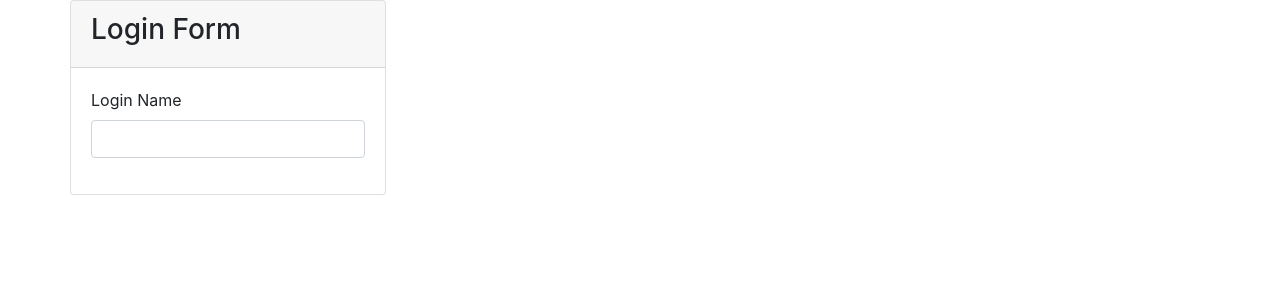
Repository: pyaephyotint22/Maven-Student-Course
Page: http://localhost/02-helloo-servlet/
These files come from the project's save history. The page is drawn as it stood at one moment and after the next save; the edit follows.
The browser window is 1280 px wide. The pictures show the whole page.
The page is served by Tomcat 9. Other server files are loaded and not shown.

Above is the page before, as saved 2020-12-15 05:39:51.

### 02-helloo-servlet/src/main/webapp/index.jsp
<%@page import="java.time.LocalDate"%>
<%@ page language="java" contentType="text/html; charset=ISO-8859-1"
    pageEncoding="ISO-8859-1"%>
<!DOCTYPE html>
<html>
<head>
<meta charset="ISO-8859-1">
<title>Login</title>
<link href="./common/css/bootstrap.min.css" rel="stylesheet" type="text/css"/>
<script type="text/javascript" src="./common/js/jquery.min.js"></script>
<script type="text/javascript" src="./common/js/bootstrap.min.js"></script>
</head>
<body>
<div class="container">
	<div class="row">
	   <div class="card">
	        <div class="card-header">
	           <h3>Login Form</h3>
	       </div>
		<div class="card-body">
			<form action="login" class="form">
				<div class="form-group">
				<label for="">Login Name</label>
				<input type="text" name="uname" class="form-control"/>
				</div>
			</form>
		</div>
	</div>
	</div>
</div>
</body>
</html>

Loaded but not shown: 02-helloo-servlet/src/main/webapp/common/css/bootstrap.min.css (library); 02-helloo-servlet/src/main/webapp/common/js/jquery.min.js (library); 02-helloo-servlet/src/main/webapp/common/js/bootstrap.min.js (library)

After the next save:
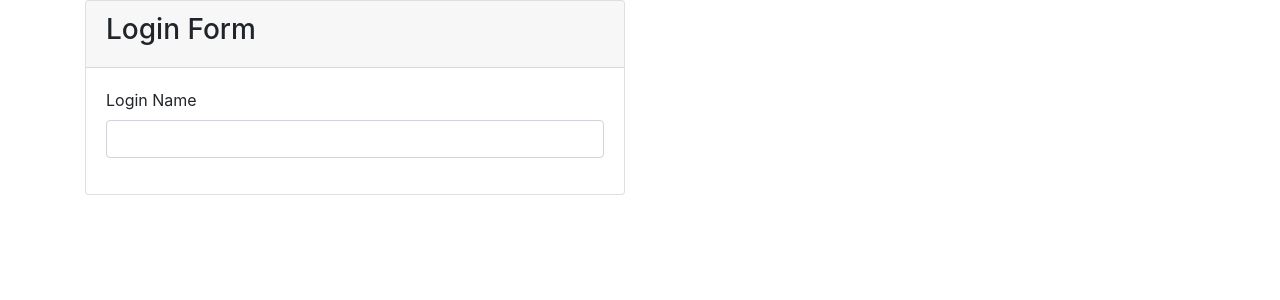
Saved 2 min 41 s later.
--- a/02-helloo-servlet/src/main/webapp/index.jsp
+++ b/02-helloo-servlet/src/main/webapp/index.jsp
@@ -13,7 +13,8 @@
 <body>
 <div class="container">
 	<div class="row">
-	   <div class="card">
+	  <div class="col-6">
+	  	 <div class="card">
 	        <div class="card-header">
 	           <h3>Login Form</h3>
 	       </div>
@@ -26,6 +27,8 @@
 			</form>
 		</div>
 	</div>
+
+	  </div>
 	</div>
 </div>
 </body>
